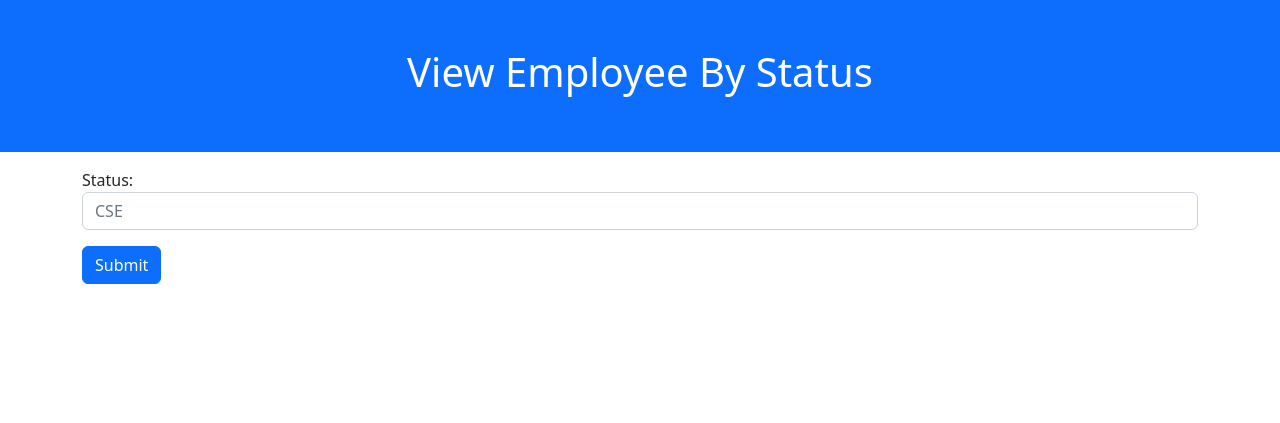
Repository: Rishicollinz/Java_Fullstack
Page: Eclipse 2/jspproject/src/main/webapp/view/bystatus.html
The author's editor kept a copy of each file at every save. The page is drawn from the files as they stood at one save, then again after the next save.
The browser window is 1280 px wide. The pictures show the whole page.

Above is the page before, as saved 2023-05-19 04:45:00.

### Eclipse 2/jspproject/src/main/webapp/view/bystatus.html
<!DOCTYPE html>
<html>
<head>
<meta charset="UTF-8">
<title>View By Status</title>

<link href="https://cdn.jsdelivr.net/npm/bootstrap@5.2.3/dist/css/bootstrap.min.css" rel="stylesheet">
<script src="https://cdn.jsdelivr.net/npm/bootstrap@5.2.3/dist/js/bootstrap.bundle.min.js"></script>

</head>
<body>

<div class="container-fluid p-5 bg-primary text-white text-center">
  <h1>View Employee By Status</h1>
</div>

<div class="container mt-3">
  <form action="bystatus.jsp" method="post">
    <div class="mb-3 mt-3">
      <label for="status">Status:</label>
      <input type="text" class="form-control"  placeholder="CSE" name="status">
    </div>
    <button type="submit" class="btn btn-primary">Submit</button>
  </form>
</div>


</body>
</html>

After the next save:
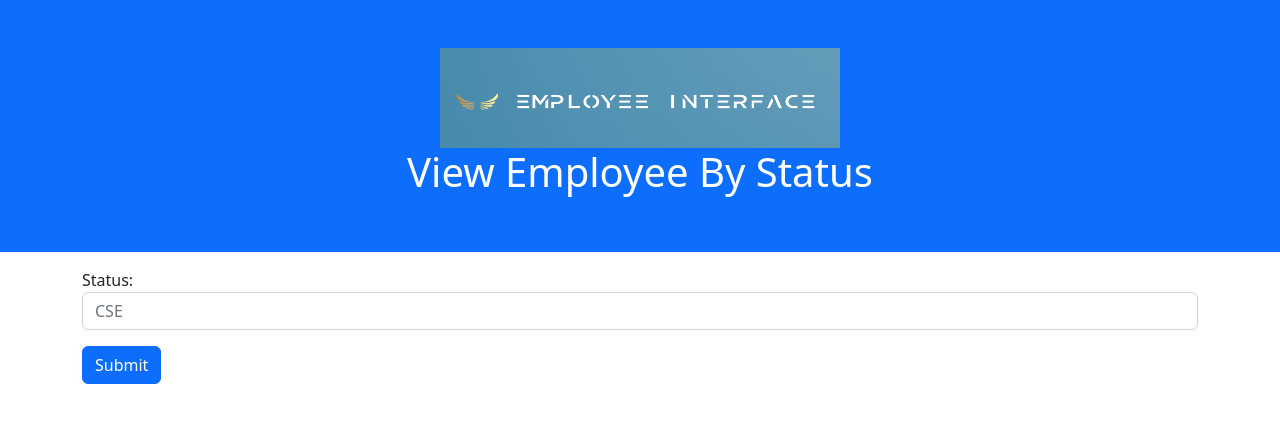
Saved 4 min 3 s later.
--- a/Eclipse 2/jspproject/src/main/webapp/view/bystatus.html
+++ b/Eclipse 2/jspproject/src/main/webapp/view/bystatus.html
@@ -11,6 +11,7 @@
 <body>
 
 <div class="container-fluid p-5 bg-primary text-white text-center">
+<a href="../index.html"><img src="../img/employeelogo.png" alt="Company logo" width="400" height="100"></a>
   <h1>View Employee By Status</h1>
 </div>
 
